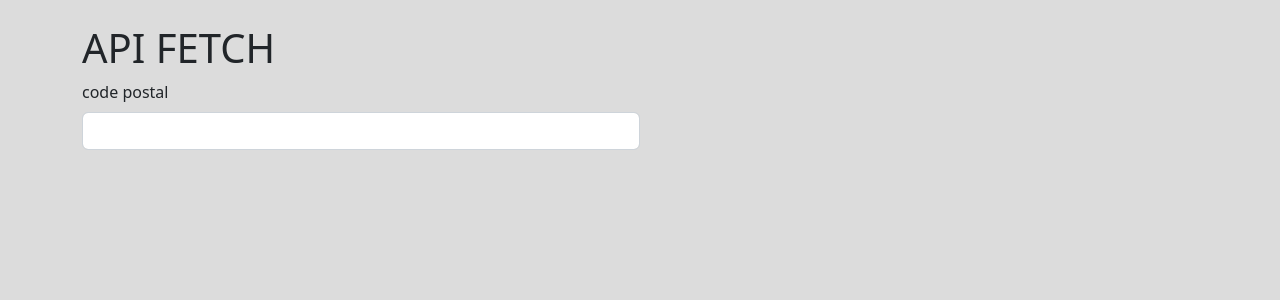
Repository: Kepsondiaz/FetchApiPostalCode
Page: index.html
An editor plug-in stored every save of this project. The page is shown before and after the next save, followed by the edit.
The browser window is 1280 px wide. The pictures show the whole page.

Above is the page before, as saved 2022-12-06 16:30:59.

### index.html
<!DOCTYPE html>
<html lang="en">
<head>
    <meta charset="UTF-8">
    <meta http-equiv="X-UA-Compatible" content="IE=edge">
    <meta name="viewport" content="width=device-width, initial-scale=1.0">
    <link href="https://cdn.jsdelivr.net/npm/bootstrap@5.2.3/dist/css/bootstrap.min.css" rel="stylesheet" integrity="sha384-rbsA2VBKQhggwzxH7pPCaAqO46MgnOM80zW1RWuH61DGLwZJEdK2Kadq2F9CUG65" crossorigin="anonymous">
<script src="https://cdn.jsdelivr.net/npm/bootstrap@5.2.3/dist/js/bootstrap.bundle.min.js" integrity="sha384-kenU1KFdBIe4zVF0s0G1M5b4hcpxyD9F7jL+jjXkk+Q2h455rYXK/7HAuoJl+0I4" crossorigin="anonymous"></script>
    <title>Document</title>
    <style>
        body{
            background-color: gainsboro;
        }
    </style>
</head>
<body>
    <br>
    <div class="container">
        <div class="rowjustify-content-center">
            <div class="col-12 col-sm-6">
                <h1>API FETCH</h1>
                <div class="mb-3">
                    <label for="codepostal" class="form-label">code postal</label>
                    <input type="text" class="form-control" id="codepostal" maxlength=5 placeholder="">
                </div>
                <div id="ville"></div>
            </div>
        </div>
    </div>
    <script src="/opp_js/index.js"></script>
</body>
</html>

### opp_js/index.js


document.querySelector('#codepostal').addEventListener('input', function() {
    if(this.value.length==5) {
        let url = `https://geo.api.gouv.fr/communes?codePostal=${this.value}&zone=metro&fields=nom,code,codesPostaux,siren,codeEpci,codeDepartement,codeRegion,population&format=json&geometry=centre`

        fetch(url).then((response) =>
        response.json()).then((data) =>
        {
            console.log(data);
            let affichage = '<ul>';
            for(villes of data)
            {
                affichage += `<li><strong>${villes.nom}</strong> - ${villes.population} Habitants</li>`;
            }
            affichage +='</ul>';
            document.querySelector('#ville').innerHTML = affichage;
        }

        ).catch((err) => document.querySelector('#ville').innerHTML = err)
    }
})

After the next save:
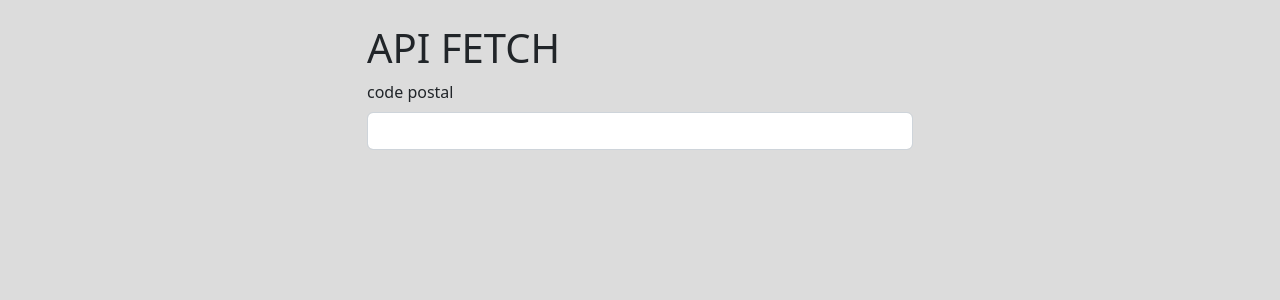
Saved 2 h 39 min later.
--- a/index.html
+++ b/index.html
@@ -16,7 +16,7 @@
 <body>
     <br>
     <div class="container">
-        <div class="rowjustify-content-center">
+        <div class="row justify-content-center">
             <div class="col-12 col-sm-6">
                 <h1>API FETCH</h1>
                 <div class="mb-3">
